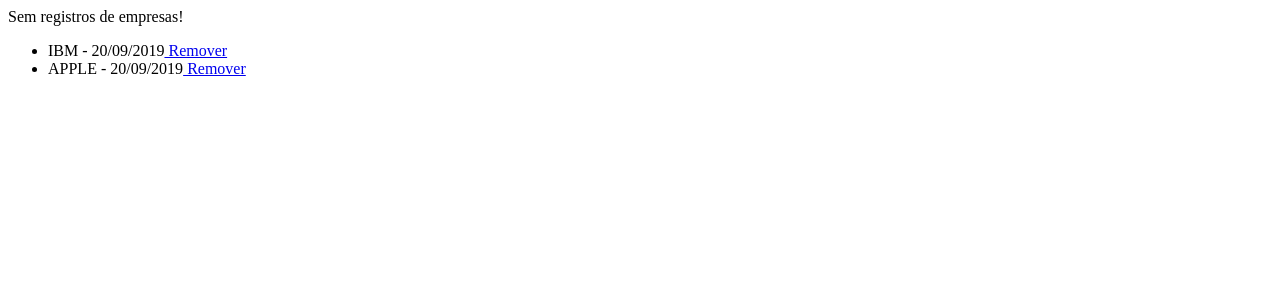
Repository: KaiqueSantos98/alurapic
Page: http://localhost/gerenciador/listaEmpresas
The author's editor kept a copy of each file at every save. The page is drawn from the files as they stood at one save, then again after the next save.
The browser window is 1280 px wide. The pictures show the whole page.
The page is served by Tomcat 9.

Above is the page before, as saved 2019-09-22 02:44:27.

After the next save:
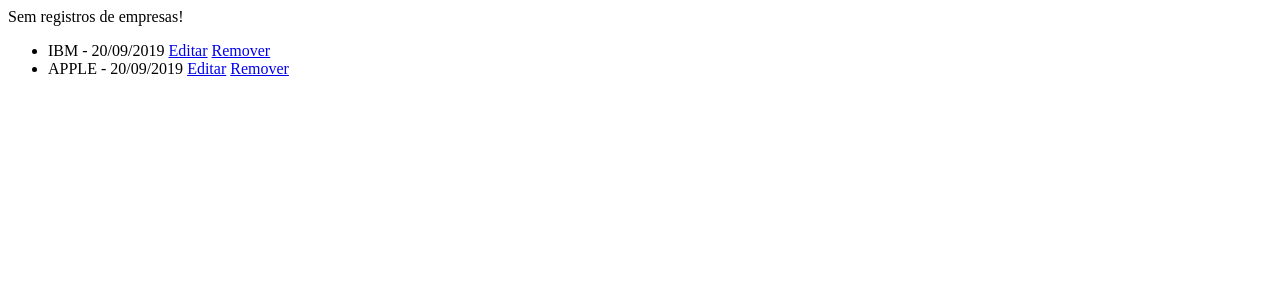
Saved 4 min 40 s later.
--- a/project/servlet/gerenciador/WebContent/listaEmpresa.jsp
+++ b/project/servlet/gerenciador/WebContent/listaEmpresa.jsp
@@ -20,7 +20,10 @@
     <br>
    <ul>
 		<c:forEach items="${listaEmpresa}" var="empresa">
-			<li>${empresa.nomeEmpresa } - <fmt:formatDate pattern="dd/MM/yyyy" value="${empresa.dataAbertura }"/><a href="/gerenciador/removerEmpresa?id=${empresa.id}"> Remover</a></li>
+			<li>${empresa.nomeEmpresa } - <fmt:formatDate pattern="dd/MM/yyyy" value="${empresa.dataAbertura }"/>
+				<a href="/gerenciador/mostrarEmpresa?id=${empresa.id}"> Editar</a>
+				<a href="/gerenciador/removerEmpresa?id=${empresa.id}"> Remover</a>
+			</li>
 
 		</c:forEach>
 	</ul>
